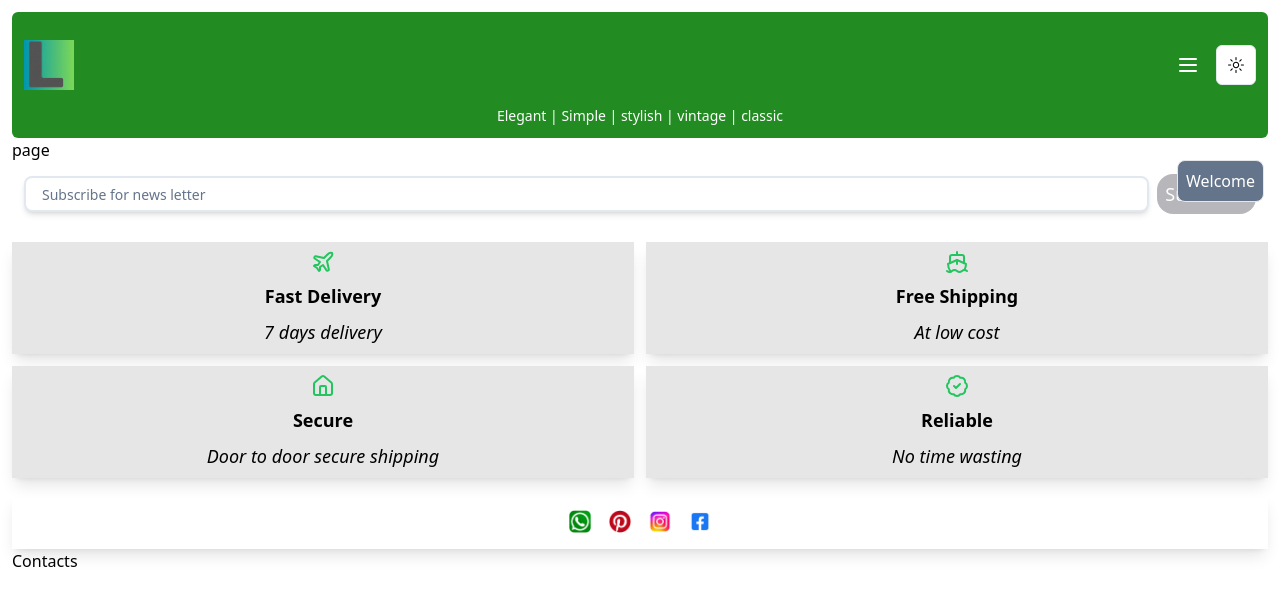
Repository: Semanmernstack/bisi-abejide
Page: /bb
These files come from the project's save history. The page is drawn as it stood at one moment and after the next save; the edit follows.
The browser window is 1280 px wide. The pictures show the whole page.
The project was rebuilt for these pictures with package versions that can differ from the ones it lists, and the page was loaded fresh each time. The framework's server and built-in components were replaced by stand-ins that run in the browser. Also part of the build but not shown: next.config.mjs.

Above is the page before, as saved 2024-04-19 01:02:13.

### app/layout.tsx
import type { Metadata } from "next";
import { Inter } from "next/font/google";
import "./globals.css";
import { ThemeProvider } from "@/components/theme-provider";
import Nav from "@/components/Nav";
import Footer from "@/components/Footer";

const inter = Inter({ subsets: ["latin"] });

export const metadata: Metadata = {
  title: "Welcome to Lolaflo store",
  description: "Hppy Shopping",
};

export default function RootLayout({
  children,
}: Readonly<{
  children: React.ReactNode;
}>) {
  return (
    <html lang="en">
      <body className=" flex flex-col p-3  min-h-screen   dark:bg-gray-800 dark:text-white">
      <ThemeProvider
            attribute="class"
            defaultTheme="system"
            enableSystem
            disableTransitionOnChange
          >
            <Nav/>
        {children}
        <Footer/>
      </ThemeProvider>
        </body>
    </html>
  );
}

### components/Nav.tsx
"use client"

import Image from "next/image"
import Cat from "./Cat"
import Toggle from "./Toggle"
import { motion } from "framer-motion"
import anky from '../public/anky.gif'
import Link from "next/link"

function Nav() {
    return (
      <div    className='p-3 top-0 z-50 sticky w-full bg-[#228B22] rounded-md  '>

          <div    className='flex py-4 gap-2 items-center justify-between '>
              <motion.div
                     initial={{
                        x: -500,
                         opacity: 0,
                        scale:0.5,
                    }}
                    animate={{
                        x:0,
                        opacity: 1,
                        scale: 1,
                    }}
                    transition={{
                        duration: 1,
                    }}
                    className='flex flex-col  justify-start   font-serif items-center  text-white'>
                    <Link href={'/'} className="flex flex-col ">


                      <Image className="flex justify-start" src={anky} alt="" width={50} height={40}/>

                    </Link>






              </motion.div>
              <motion.div
                  initial={{
                    x: 500,
                    opacity: 0,
                    scale:0.5,
                }}
                animate={{
                    x:0,
                    opacity: 1,
                    scale: 1,
                }}
                transition={{
                    duration: 1,
                }}
                className='flex items-center  space-x-2'>
                  <Cat/>
                  <Toggle/>
              </motion.div>
          </div>

          <div  className="flex  text-center justify-center text-white text-xs ">
                <h1 className="text-sm font-medium">Elegant | Simple | stylish | vintage | classic</h1>
            </div>

      </div>
    )
  }

  export default Nav

### components/Footer.tsx
"use client"
import React, { useState } from 'react'
import Mailing from './Mailing'
import Delivery from './Delivery'
import Ai from './Ai'
import NewsLet from './NewsLet'
import SubAi from './SubAi'
import Contacts from './Contacts'
import Icon from './Icon'

function Footer() {

  return (
    <div >
        <div>
            <NewsLet/>
            <SubAi   />
            <Delivery />
            <Icon/>
            <Contacts/>
        </div>
    </div>
  )
}

export default Footer

try {

} catch (error) {

}

### components/Cat.tsx
"use client"
import React from 'react'
import {
    DropdownMenu,
    DropdownMenuContent,
    DropdownMenuItem,
    DropdownMenuLabel,
    DropdownMenuSeparator,
    DropdownMenuTrigger,
  } from "@/components/ui/dropdown-menu"
import { MenuIcon } from 'lucide-react'
import { usePathname } from 'next/navigation'
import Link from 'next/link'
import Icon from './Icon'

interface P {
    name: string,
    href: string
}

const links: P[] = [
    {
        name: 'Home', href: "/"
    },
    {
        name: 'Ankara ', href: "/Ankara"

    },

    {
        name: 'Kaftan ', href: "/Kaftan"

    },
    {
        name: 'Turban ', href: "/Turban"

    },




]


function Cat() {
    const pathname = usePathname()
  return (

    <div>
        <DropdownMenu >
            <DropdownMenuTrigger className=" flex flex-col w-10 h-9  text-white text-xl  justify-center items-center text-center">
                <MenuIcon/>
            </DropdownMenuTrigger>
            <DropdownMenuContent className=''>
                <DropdownMenuLabel className=" flex font-bold font-serif sm:font-bold justify-center gap-1 p-1 border items-center"> CATEGORIES</DropdownMenuLabel>
                <DropdownMenuSeparator />

                <DropdownMenuItem className="flex items-center justify-center   flex-col p-3 gap-2    rounded-md">
                {links.map((l, index) => (
                <div key={index} className='flex   rounded-lg  text-zinc-500 md:w-1/2 text-center font-extrabold     p-2 transition ease-in-out delay-150 hover:-translate-y-1 hover:scale-95  duration-300 '>
                    {pathname === l.href ? (
                        <Link href={l.href} className='text-sm sm:text-lg text-red-800 font-semibold animate-pulse'>
                            {l.name}
                        </Link>

                    ):(
                        <Link href= {l.href }
                        className="flex   p-2 gap-1 italic sm:font-semibold hover:border rounded-lg border-teal-700  text-slate-800 dark:text-white text-sm sm:text-lg font-bold transition duration-100  "
                        >
                            {l.name}
                        </Link>

                    )}

                </div>
            ))}
            <Icon/>

                </DropdownMenuItem>


            </DropdownMenuContent>
        </DropdownMenu>

    </div>
  )
}

export default Cat

### components/Toggle.tsx
"use client"
import React from 'react'
import { MoonIcon, SunIcon } from "@radix-ui/react-icons"
import { useTheme } from "next-themes"
import { Button } from "@/components/ui/button"
import {
    DropdownMenu,
    DropdownMenuContent,
    DropdownMenuItem,
    DropdownMenuTrigger,
  } from "@/components/ui/dropdown-menu"

function Toggle() {
    const { setTheme } = useTheme()
  return (
    <div>
        <DropdownMenu>
      <DropdownMenuTrigger asChild>
        <Button variant="outline" size="icon">
          <SunIcon className=" h-4 w-4 rotate-0 scale-100 transition-all dark:-rotate-90 dark:scale-0" />
          <MoonIcon className="absolute h-4 w-4 rotate-90 scale-0 transition-all dark:rotate-0 dark:scale-100" />
          <span className="sr-only">Toggle theme</span>
        </Button>
      </DropdownMenuTrigger>
      <DropdownMenuContent align="end">
        <DropdownMenuItem onClick={() => setTheme("light")}>
          Light
        </DropdownMenuItem>
        <DropdownMenuItem onClick={() => setTheme("dark")}>
          Dark
        </DropdownMenuItem>
        <DropdownMenuItem onClick={() => setTheme("system")}>
          System
        </DropdownMenuItem>
      </DropdownMenuContent>
    </DropdownMenu>

    </div>
  )
}

export default Toggle

### components/Delivery.tsx

import {  BadgeCheckIcon, PlaneIcon, HomeIcon, ShipIcon } from 'lucide-react'
import React from 'react'

const details = [
    {
        name: 'Fast Delivery',
        icon: <PlaneIcon/>,
        desc: '7 days delivery',
    },
    {
        name: 'Free Shipping',
        icon: <ShipIcon/>,
        desc: 'At low cost',
    },
    {
        name: 'Secure',
        icon: <HomeIcon/>,
        desc: 'Door to door secure shipping',
    },
    {
        name: 'Reliable',
        icon: <BadgeCheckIcon/>,
        desc: 'No time wasting',
    },
]

function Delivery() {
  return (
    <div className='  dark:bg-gray-800   py-4 grid grid-cols-1 sm:grid-cols-2 gap-3'>
        {details?.map((b, i) => (
            <div className='flex flex-col border-1  text-center justify-center items-center  bg-[#e6e6e6] p-2 gap-2 shadow-lg ' key={i}>
                <h2 className='text-green-500 '>{b.icon}</h2>
                <h4 className='text-xs sm:text-sm md:text-lg dark:text-white font-bold'>{b.name}</h4>
                <h5 className='text-xs sm:text-sm  dark:text-white md:text-lg italic'>{b.desc}</h5>


            </div>

        ))}


    </div>

  )
}

export default Delivery

### components/NewsLet.tsx
import React from 'react'
import Mail from './Mail'

function NewsLet() {
  return (
    <div>
        <Mail/>
    </div>
  )
}

export default NewsLet

### components/SubAi.tsx
"use client"

import React, { useState } from 'react'
import Ai from './Ai';
import { motion } from "framer-motion"

function SubAi() {
  const [chatBoxOpen, setChatBoxOpen] = useState(false);
  return (
    <motion.div
    initial={{
      x: 500,
      opacity: 0,
      scale:0.5,
  }}
  animate={{
      x:0,
      opacity: 1,
      scale: 1,
  }}
  transition={{
      duration: 1,
  }}
       className='flex items-center justify-between right-4 top-40 z-50 fixed  bg-slate-500 rounded-lg text-white  max-w-2xl border p-2 '  >



      <Ai />
    </motion.div>
  )
}

export default SubAi

### components/Icon.tsx
"use client"
import React from 'react'

import whatsapp from '../public/whatsapp.png'
import instagram from '../public/intagram.jpg'
import facebook from '../public/facebook.png'
import pinterest from '../public/pinterest.png'
import Image from 'next/image'
import Link from 'next/link'

function Icon() {
  return (
    <div


        className='flex p-4 gap-4 shadow-lg items-center text-center justify-center   text-sm      '>

        <Link className='contain  transition ease-in-out delay-150  hover:translate-y-1 hover:scale-95  duration-300      ' href={''}>
            <Image src={whatsapp} alt="whatsapp" width={24} height={24} />
        </Link>
        <Link className='contain  transition ease-in-out delay-150  hover:translate-y-1 hover:scale-95  duration-300    ' href={''}>
            <Image src={pinterest} alt="whatsapp" width={24} height={24} />
        </Link>
        <Link className='contain transition ease-in-out delay-150  hover:translate-y-1 hover:scale-95  duration-300   ' href={''}>

            <Image src={instagram} alt="whatsapp" width={24} height={24} />
        </Link>
        <Link className='contain transition ease-in-out delay-150  hover:translate-y-1 hover:scale-95  duration-300     ' href={''}>
            <Image src={facebook} alt="whatsapp" width={24} height={24} />
        </Link>


    </div>
  )
}

export default Icon

### components/ui/dropdown-menu.tsx
"use client"

import * as React from "react"
import * as DropdownMenuPrimitive from "@radix-ui/react-dropdown-menu"
import { Check, ChevronRight, Circle } from "lucide-react"

import { cn } from "@/lib/utils"

const DropdownMenu = DropdownMenuPrimitive.Root

const DropdownMenuTrigger = DropdownMenuPrimitive.Trigger

const DropdownMenuGroup = DropdownMenuPrimitive.Group

const DropdownMenuPortal = DropdownMenuPrimitive.Portal

const DropdownMenuSub = DropdownMenuPrimitive.Sub

const DropdownMenuRadioGroup = DropdownMenuPrimitive.RadioGroup

const DropdownMenuSubTrigger = React.forwardRef<
  React.ElementRef<typeof DropdownMenuPrimitive.SubTrigger>,
  React.ComponentPropsWithoutRef<typeof DropdownMenuPrimitive.SubTrigger> & {
    inset?: boolean
  }
>(({ className, inset, children, ...props }, ref) => (
  <DropdownMenuPrimitive.SubTrigger
    ref={ref}
    className={cn(
      "flex cursor-default select-none items-center rounded-sm px-2 py-1.5 text-sm outline-none focus:bg-slate-100 data-[state=open]:bg-slate-100 dark:focus:bg-slate-800 dark:data-[state=open]:bg-slate-800",
      inset && "pl-8",
      className
    )}
    {...props}
  >
    {children}
    <ChevronRight className="ml-auto h-4 w-4" />
  </DropdownMenuPrimitive.SubTrigger>
))
DropdownMenuSubTrigger.displayName =
  DropdownMenuPrimitive.SubTrigger.displayName

const DropdownMenuSubContent = React.forwardRef<
  React.ElementRef<typeof DropdownMenuPrimitive.SubContent>,
  React.ComponentPropsWithoutRef<typeof DropdownMenuPrimitive.SubContent>
>(({ className, ...props }, ref) => (
  <DropdownMenuPrimitive.SubContent
    ref={ref}
    className={cn(
      "z-50 min-w-[8rem] overflow-hidden rounded-md border border-slate-200 bg-white p-1 text-slate-950 shadow-lg data-[state=open]:animate-in data-[state=closed]:animate-out data-[state=closed]:fade-out-0 data-[state=open]:fade-in-0 data-[state=closed]:zoom-out-95 data-[state=open]:zoom-in-95 data-[side=bottom]:slide-in-from-top-2 data-[side=left]:slide-in-from-right-2 data-[side=right]:slide-in-from-left-2 data-[side=top]:slide-in-from-bottom-2 dark:border-slate-800 dark:bg-slate-950 dark:text-slate-50",
      className
    )}
    {...props}
  />
))
DropdownMenuSubContent.displayName =
  DropdownMenuPrimitive.SubContent.displayName

const DropdownMenuContent = React.forwardRef<
  React.ElementRef<typeof DropdownMenuPrimitive.Content>,
  React.ComponentPropsWithoutRef<typeof DropdownMenuPrimitive.Content>
>(({ className, sideOffset = 4, ...props }, ref) => (
  <DropdownMenuPrimitive.Portal>
    <DropdownMenuPrimitive.Content
      ref={ref}
      sideOffset={sideOffset}
      className={cn(
        "z-50 min-w-[8rem] overflow-hidden rounded-md border border-slate-200 bg-white p-1 text-slate-950 shadow-md data-[state=open]:animate-in data-[state=closed]:animate-out data-[state=closed]:fade-out-0 data-[state=open]:fade-in-0 data-[state=closed]:zoom-out-95 data-[state=open]:zoom-in-95 data-[side=bottom]:slide-in-from-top-2 data-[side=left]:slide-in-from-right-2 data-[side=right]:slide-in-from-left-2 data-[side=top]:slide-in-from-bottom-2 dark:border-slate-800 dark:bg-slate-950 dark:text-slate-50",
        className
      )}
      {...props}
    />
  </DropdownMenuPrimitive.Portal>
))
DropdownMenuContent.displayName = DropdownMenuPrimitive.Content.displayName

const DropdownMenuItem = React.forwardRef<
  React.ElementRef<typeof DropdownMenuPrimitive.Item>,
  React.ComponentPropsWithoutRef<typeof DropdownMenuPrimitive.Item> & {
    inset?: boolean
  }
>(({ className, inset, ...props }, ref) => (
  <DropdownMenuPrimitive.Item
    ref={ref}
    className={cn(
      "relative flex cursor-default select-none items-center rounded-sm px-2 py-1.5 text-sm outline-none transition-colors focus:bg-slate-100 focus:text-slate-900 data-[disabled]:pointer-events-none data-[disabled]:opacity-50 dark:focus:bg-slate-800 dark:focus:text-slate-50",
      inset && "pl-8",
      className
    )}
    {...props}
  />
))
DropdownMenuItem.displayName = DropdownMenuPrimitive.Item.displayName

const DropdownMenuCheckboxItem = React.forwardRef<
  React.ElementRef<typeof DropdownMenuPrimitive.CheckboxItem>,
  React.ComponentPropsWithoutRef<typeof DropdownMenuPrimitive.CheckboxItem>
>(({ className, children, checked, ...props }, ref) => (
  <DropdownMenuPrimitive.CheckboxItem
    ref={ref}
    className={cn(
      "relative flex cursor-default select-none items-center rounded-sm py-1.5 pl-8 pr-2 text-sm outline-none transition-colors focus:bg-slate-100 focus:text-slate-900 data-[disabled]:pointer-events-none data-[disabled]:opacity-50 dark:focus:bg-slate-800 dark:focus:text-slate-50",
      className
    )}
    checked={checked}
    {...props}
  >
    <span className="absolute left-2 flex h-3.5 w-3.5 items-center justify-center">
      <DropdownMenuPrimitive.ItemIndicator>
        <Check className="h-4 w-4" />
      </DropdownMenuPrimitive.ItemIndicator>
    </span>
    {children}
  </DropdownMenuPrimitive.CheckboxItem>
))
DropdownMenuCheckboxItem.displayName =
  DropdownMenuPrimitive.CheckboxItem.displayName

const DropdownMenuRadioItem = React.forwardRef<
  React.ElementRef<typeof DropdownMenuPrimitive.RadioItem>,
  React.ComponentPropsWithoutRef<typeof DropdownMenuPrimitive.RadioItem>
>(({ className, children, ...props }, ref) => (
  <DropdownMenuPrimitive.RadioItem
    ref={ref}
    className={cn(
      "relative flex cursor-default select-none items-center rounded-sm py-1.5 pl-8 pr-2 text-sm outline-none transition-colors focus:bg-slate-100 focus:text-slate-900 data-[disabled]:pointer-events-none data-[disabled]:opacity-50 dark:focus:bg-slate-800 dark:focus:text-slate-50",
      className
    )}
    {...props}
  >
    <span className="absolute left-2 flex h-3.5 w-3.5 items-center justify-center">
      <DropdownMenuPrimitive.ItemIndicator>
        <Circle className="h-2 w-2 fill-current" />
      </DropdownMenuPrimitive.ItemIndicator>
    </span>
    {children}
  </DropdownMenuPrimitive.RadioItem>
))
DropdownMenuRadioItem.displayName = DropdownMenuPrimitive.RadioItem.displayName

const DropdownMenuLabel = React.forwardRef<
  React.ElementRef<typeof DropdownMenuPrimitive.Label>,
  React.ComponentPropsWithoutRef<typeof DropdownMenuPrimitive.Label> & {
    inset?: boolean
  }
>(({ className, inset, ...props }, ref) => (
  <DropdownMenuPrimitive.Label
    ref={ref}
    className={cn(
      "px-2 py-1.5 text-sm font-semibold",
      inset && "pl-8",
      className
    )}
    {...props}
  />
))
DropdownMenuLabel.displayName = DropdownMenuPrimitive.Label.displayName

const DropdownMenuSeparator = React.forwardRef<
  React.ElementRef<typeof DropdownMenuPrimitive.Separator>,
  React.ComponentPropsWithoutRef<typeof DropdownMenuPrimitive.Separator>
>(({ className, ...props }, ref) => (
  <DropdownMenuPrimitive.Separator
    ref={ref}
    className={cn("-mx-1 my-1 h-px bg-slate-100 dark:bg-slate-800", className)}
    {...props}
  />
))
DropdownMenuSeparator.displayName = DropdownMenuPrimitive.Separator.displayName

const DropdownMenuShortcut = ({
  className,
  ...props
}: React.HTMLAttributes<HTMLSpanElement>) => {
  return (
    <span
      className={cn("ml-auto text-xs tracking-widest opacity-60", className)}
      {...props}
    />
  )
}
DropdownMenuShortcut.displayName = "DropdownMenuShortcut"

export {
  DropdownMenu,
  DropdownMenuTrigger,
  DropdownMenuContent,
  DropdownMenuItem,
  DropdownMenuCheckboxItem,
  DropdownMenuRadioItem,
  DropdownMenuLabel,
  DropdownMenuSeparator,
  DropdownMenuShortcut,
  DropdownMenuGroup,
  DropdownMenuPortal,
  DropdownMenuSub,
  DropdownMenuSubContent,
  DropdownMenuSubTrigger,
  DropdownMenuRadioGroup,
}

### components/ui/button.tsx
import * as React from "react"
import { Slot } from "@radix-ui/react-slot"
import { cva, type VariantProps } from "class-variance-authority"

import { cn } from "@/lib/utils"

const buttonVariants = cva(
  "inline-flex items-center justify-center whitespace-nowrap rounded-md text-sm font-medium ring-offset-white transition-colors focus-visible:outline-none focus-visible:ring-2 focus-visible:ring-slate-950 focus-visible:ring-offset-2 disabled:pointer-events-none disabled:opacity-50 dark:ring-offset-slate-950 dark:focus-visible:ring-slate-300",
  {
    variants: {
      variant: {
        default: "bg-slate-900 text-slate-50 hover:bg-slate-900/90 dark:bg-slate-50 dark:text-slate-900 dark:hover:bg-slate-50/90",
        destructive:
          "bg-red-500 text-slate-50 hover:bg-red-500/90 dark:bg-red-900 dark:text-slate-50 dark:hover:bg-red-900/90",
        outline:
          "border border-slate-200 bg-white hover:bg-slate-100 hover:text-slate-900 dark:border-slate-800 dark:bg-slate-950 dark:hover:bg-slate-800 dark:hover:text-slate-50",
        secondary:
          "bg-slate-100 text-slate-900 hover:bg-slate-100/80 dark:bg-slate-800 dark:text-slate-50 dark:hover:bg-slate-800/80",
        ghost: "hover:bg-slate-100 hover:text-slate-900 dark:hover:bg-slate-800 dark:hover:text-slate-50",
        link: "text-slate-900 underline-offset-4 hover:underline dark:text-slate-50",
      },
      size: {
        default: "h-10 px-4 py-2",
        sm: "h-9 rounded-md px-3",
        lg: "h-11 rounded-md px-8",
        icon: "h-10 w-10",
      },
    },
    defaultVariants: {
      variant: "default",
      size: "default",
    },
  }
)

export interface ButtonProps
  extends React.ButtonHTMLAttributes<HTMLButtonElement>,
    VariantProps<typeof buttonVariants> {
  asChild?: boolean
}

const Button = React.forwardRef<HTMLButtonElement, ButtonProps>(
  ({ className, variant, size, asChild = false, ...props }, ref) => {
    const Comp = asChild ? Slot : "button"
    return (
      <Comp
        className={cn(buttonVariants({ variant, size, className }))}
        ref={ref}
        {...props}
      />
    )
  }
)
Button.displayName = "Button"

export { Button, buttonVariants }

### components/Mail.tsx
"use client"
import React, { FormEvent, useState } from 'react'
import { Input } from './ui/input'
import { Button } from './ui/button'

function Mail() {
    const [input, setInput] = useState<string>("")
    const [mailError, setMailError] = useState<string> ("")
    const [mailOk, setMailOk] = useState<string>("")

    const handleSubmit = async (e: FormEvent<HTMLFormElement>) => {
        e.preventDefault()
        const email = input;


        const res = await fetch("/api/mailSub", {
            method: 'POST',
            headers: {
                "Content-Type": "application/json",
            },

            body: JSON.stringify({email}),

        })

        const data = await res.json()
        if (data.error) {
            setMailError('Hey you already subscribe to trizzas cake')

            return
        }
        setMailOk(data.res)
        setInput("")


    }


  return (
    <div className='flex flex-col items-center w-full  '>
        <form className="flex  flex-col p-3 w-full " onSubmit={handleSubmit}>
            <div className='gap-2 flex  flex-col md:flex-row items-center'>
                <Input type="email"
                    placeholder='Subscribe for news letter'
                    value={input}

                    onChange={(e) => setInput(e.target.value)}
                    required
                    className="outline-none flex-1 w-full text-white shadow-md  border-2 h-12 md:h-8   p-4 rounded-lg   from-fuchsia-400 "

                 />
                 <Button className="text-sm   text-center justify-center flex cursor-pointer  text-white bg-zinc-500 p-2  sm:text-lg transition ease-in-out delay-150 hover:-translate-y-1 hover:scale-95  duration-300  rounded-xl md:rounded-2xl " type='submit' disabled={!input}    >
                    Subscribe
                 </Button>
            </div>

        </form>
        {(mailOk || mailError ) && (
            <div className="mt-5 text-sm text-center justify-center font-extrabold">
             {mailOk ?(<p className="  bg-red-900 px-2 py-2 mb-2 text-white"> Subscription Sucessful !! </p>):(<p className="bg-green-500 p-1">You already Subscribed</p>)}
            </div>
        )}

    </div>
  )
}

export default Mail

### components/Ai.tsx
import {  Bot, MessageCircleIcon, SendHorizontal, XCircle } from 'lucide-react'
import React, { useState } from 'react'


import Popup from 'reactjs-popup';
import 'reactjs-popup/dist/index.css';


function Ai() {





  return (


  <div >

  <Popup trigger={<button> Welcome</button>} position="left center">
    <div>Welcome to Lolaflo !!</div>
  </Popup>

  </div>

  )
}

export default Ai

### components/ui/input.tsx
import * as React from "react"

import { cn } from "@/lib/utils"

export interface InputProps
  extends React.InputHTMLAttributes<HTMLInputElement> {}

const Input = React.forwardRef<HTMLInputElement, InputProps>(
  ({ className, type, ...props }, ref) => {
    return (
      <input
        type={type}
        className={cn(
          "flex h-10 w-full rounded-md border border-slate-200 bg-white px-3 py-2 text-sm ring-offset-white file:border-0 file:bg-transparent file:text-sm file:font-medium placeholder:text-slate-500 focus-visible:outline-none focus-visible:ring-2 focus-visible:ring-slate-950 focus-visible:ring-offset-2 disabled:cursor-not-allowed disabled:opacity-50 dark:border-slate-800 dark:bg-slate-950 dark:ring-offset-slate-950 dark:placeholder:text-slate-400 dark:focus-visible:ring-slate-300",
          className
        )}
        ref={ref}
        {...props}
      />
    )
  }
)
Input.displayName = "Input"

export { Input }

Loaded but not shown: app/bb/page.tsx (common file); app/globals.css (common file); components/theme-provider.tsx (common file); components/Contacts.tsx (common file); lib/utils.ts (common file); tailwind.config.ts (common file)

After the next save:
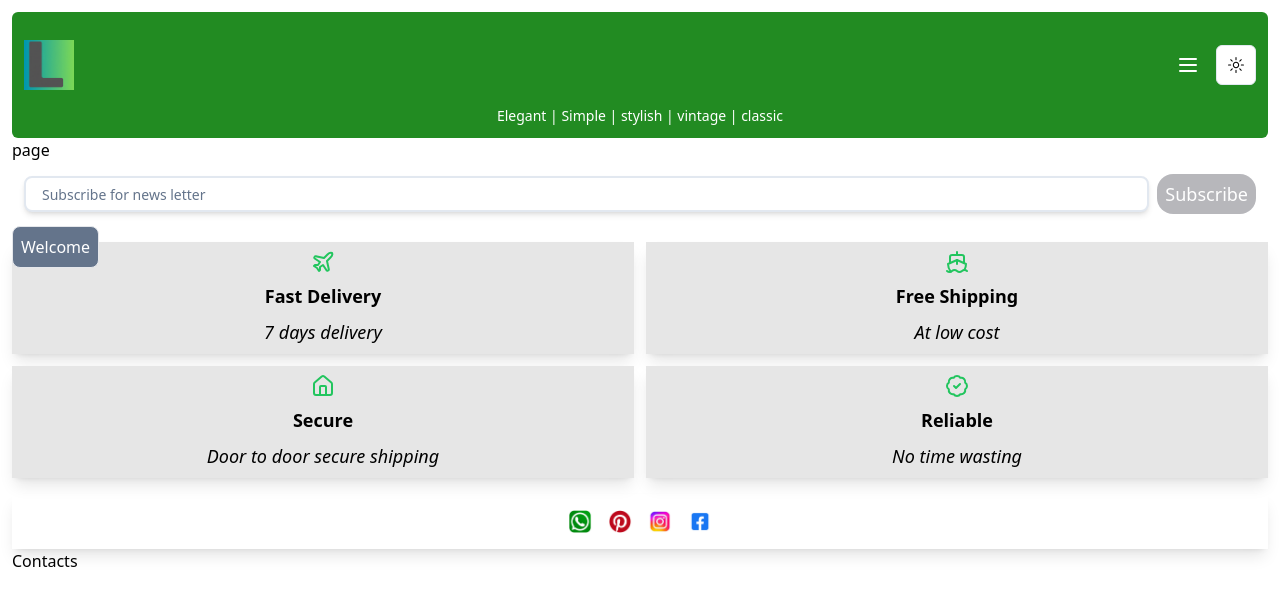
Saved 2 min 56 s later.
--- a/components/SubAi.tsx
+++ b/components/SubAi.tsx
@@ -21,7 +21,7 @@ function SubAi() {
   transition={{
       duration: 1,
   }}
-       className='flex items-center justify-between right-4 top-40 z-50 fixed  bg-slate-500 rounded-lg text-white  max-w-2xl border p-2 '  >
+       className=' z-50 fixed  bg-slate-500 rounded-lg text-white  max-w-2xl border p-2 '  >
 
 
 
